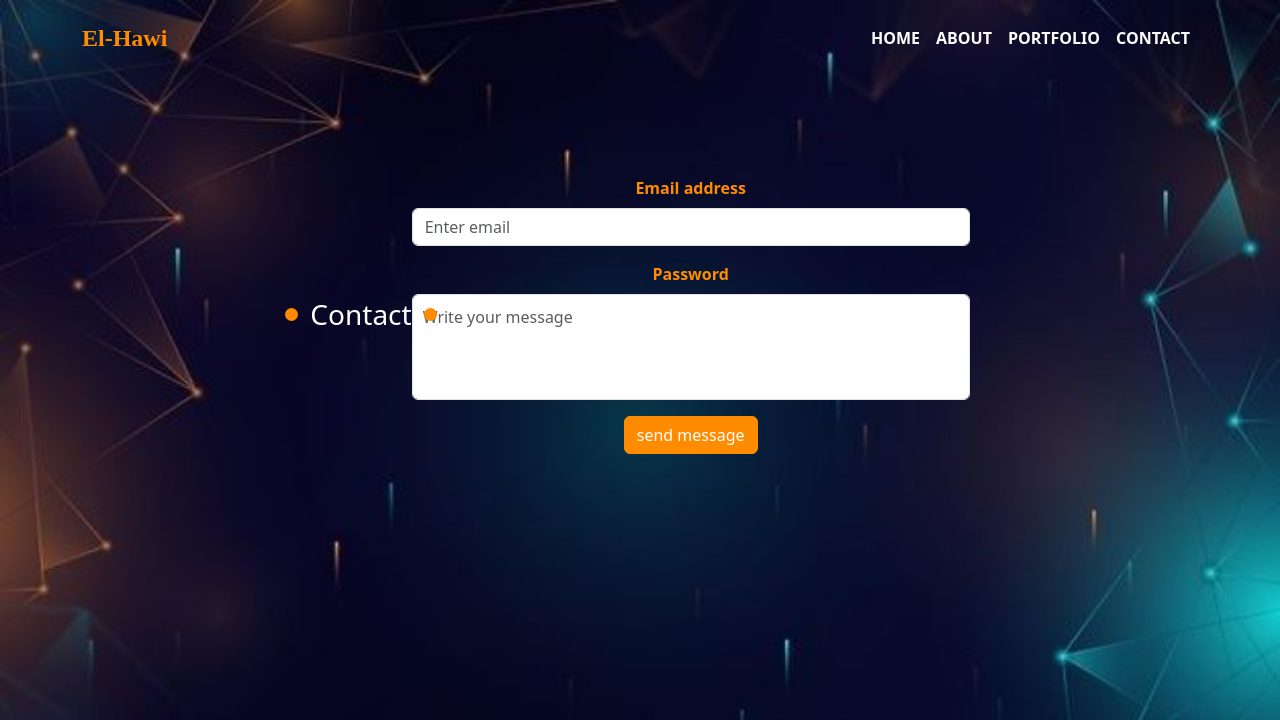
Repository: amralhawi123/Portfolio
Page: /contact
The author's editor kept a copy of each file at every save. The page is drawn from the files as they stood at one save, then again after the next save.
The browser window is 1280 px wide. The pictures show the whole page.
The project was rebuilt for these pictures with package versions that can differ from the ones it lists, and the page was loaded fresh each time. Also part of the build but not shown: src/components/landing/landing.css, src/components/landing/landing.js, src/components/about/about.css, src/components/about/About.js, src/components/Portfolio/portfolio.css, src/components/Portfolio/Portfolio.js. Imported but missing from the stored project, and not drawn on this page: src/image/Amr Mahmoud Alhawi.pdf.

Above is the page before, as saved 2023-08-28 17:30:54.

### public/index.html
<!DOCTYPE html>
<html lang="en">
  <head>
    <meta charset="utf-8" />
    <link rel="icon" href="%PUBLIC_URL%/favicon.ico" />
    <meta name="viewport" content="width=device-width, initial-scale=1" />
    <meta name="theme-color" content="#000000" />
    <meta
      name="description"
      content="Web site created using create-react-app"
    />
    <link rel="stylesheet" href="https://cdnjs.cloudflare.com/ajax/libs/font-awesome/6.4.2/css/all.min.css" integrity="sha512-z3gLpd7yknf1YoNbCzqRKc4qyor8gaKU1qmn+CShxbuBusANI9QpRohGBreCFkKxLhei6S9CQXFEbbKuqLg0DA==" crossorigin="anonymous" referrerpolicy="no-referrer" />

    <link rel="apple-touch-icon" href="%PUBLIC_URL%/logo192.png" />
    <link rel="manifest" href="%PUBLIC_URL%/manifest.json" />
    <title>My Portfolio</title>
  </head>
  <body>
    <!-- <noscript>You need to enable JavaScript to run this app.</noscript> -->
    <div id="root"></div>

  </body>
</html>

### src/components/navbar/MayNav.js
import React from 'react'
import './Maynav.css'
import { Nav, Navbar } from 'react-bootstrap'

const MayNav = () => {
  return (
       <div className='myNav'>
      <Navbar    expand="lg" data-bs-theme="dark">
      <Navbar.Brand href="#home" className='fs-4'>El-Hawi</Navbar.Brand>
        <Navbar.Toggle aria-controls="basic-navbar-nav" />
        <Navbar.Collapse id="basic-navbar-nav">
        <Nav className="ms-auto links">
            <Nav.Link href="#home">HOME</Nav.Link>
            <Nav.Link href="#about">ABOUT</Nav.Link>
            <Nav.Link href="#portfolio">PORTFOLIO</Nav.Link>
            <Nav.Link href="#contact">CONTACT</Nav.Link>
          </Nav>
        </Navbar.Collapse>
    </Navbar>
     </div>

  )
}

export default MayNav

### src/components/contact/contact.js
import React from 'react'
import './contact.css'
import { Button, Form } from 'react-bootstrap'
const Contact = () => {
  return (
    <div className='contact text-center' id='contact'>
      <h3 className=' my-3 d-block'>Contact</h3>
       <Form>
      <Form.Group className="mb-3" controlId="formBasicEmail">
        <Form.Label>Email address</Form.Label>
        <Form.Control type="email" placeholder="Enter email" />
      </Form.Group>

      <Form.Group className="mb-3" controlId="formBasicPassword">
        <Form.Label>Password</Form.Label>
        <Form.Control type="text" className='heghit' placeholder="Write your message" />
      </Form.Group>
      <Button variant="primary" className='button' type="submit">
        send message
      </Button>
    </Form>
    </div>
  )
}

export default Contact

### src/components/navbar/Maynav.css
.myNav .navbar-brand{
   font-weight: bold ;
   font-family: auto;
   color:darkorange;
}

.navbar-toggler{
   background-color: white !important;
}
@media (max-width:576px) {
   .navbar-toggler{
      display: none !important;
   }
   .collapse:not(.show) {
      display: block !important;
  }
}
.myNav .links a {
   display: flex;
    justify-content: center;
    align-items: center;
    height: 60px;
    padding: 0 20px;
    position: relative;
    transition: .2s;
    overflow: hidden;
    text-decoration: auto;
    color: white;
    font-weight: 700;
}
.myNav .links a::before{
   content: '';
   position: absolute;
   width: 100%;
   height: 3px;
   background-color: darkorange;
   top: 0;
   left: -100%;
   transition: .2s;
}
.myNav .links a:hover::before {
   left: 0;
}
@media (max-width:576px) {
   .navbar-toggler{
      display: none !important;
   }
   .collapse:not(.show) {
      display: block !important;
  }
  .navbar-nav {
    flex-direction: row !important;
  }
  .myNav .links a{
   padding: 0 15px;
  }
  .navbar{
   display: block !important;
   text-align: center;
  }
  .myNav .links a::before{
   top: 94%;
   left: -100%;
   transition: .2s;
}

}

### src/components/contact/contact.css
.contact{
   margin: 100px 0;
    text-align: center;
    display: flex;
    justify-content: center;
    align-items: center;
}

.form-label {
   margin-bottom: .5rem;
   color: darkorange;
   font-weight: bold;
}
form{
   width: 50%;
}
form .heghit{
   padding: 10px 0 70px 10px;
}
.button{
   background-color: darkorange !important;
   border-color: darkorange !important;
}
.contact  h3{
   color: white;
   position: relative;
   display: inline-block;
}
.contact  h3::before{
   content: '';
   position: absolute;
   background-color: darkorange;
   width: 13px;
   height: 13px;
   border-radius: 50%;
   left: -25px;
   top: 30%;
}
.contact  h3::after{
   content: '';
   position: absolute;
   background-color: darkorange;
   width: 13px;
   height: 13px;
   border-radius: 50%;
   right: -25px;
   top: 30%;
}

Loaded but not shown: src/index.js (common file); src/App.js (common file); src/index.css (common file)

After the next save:
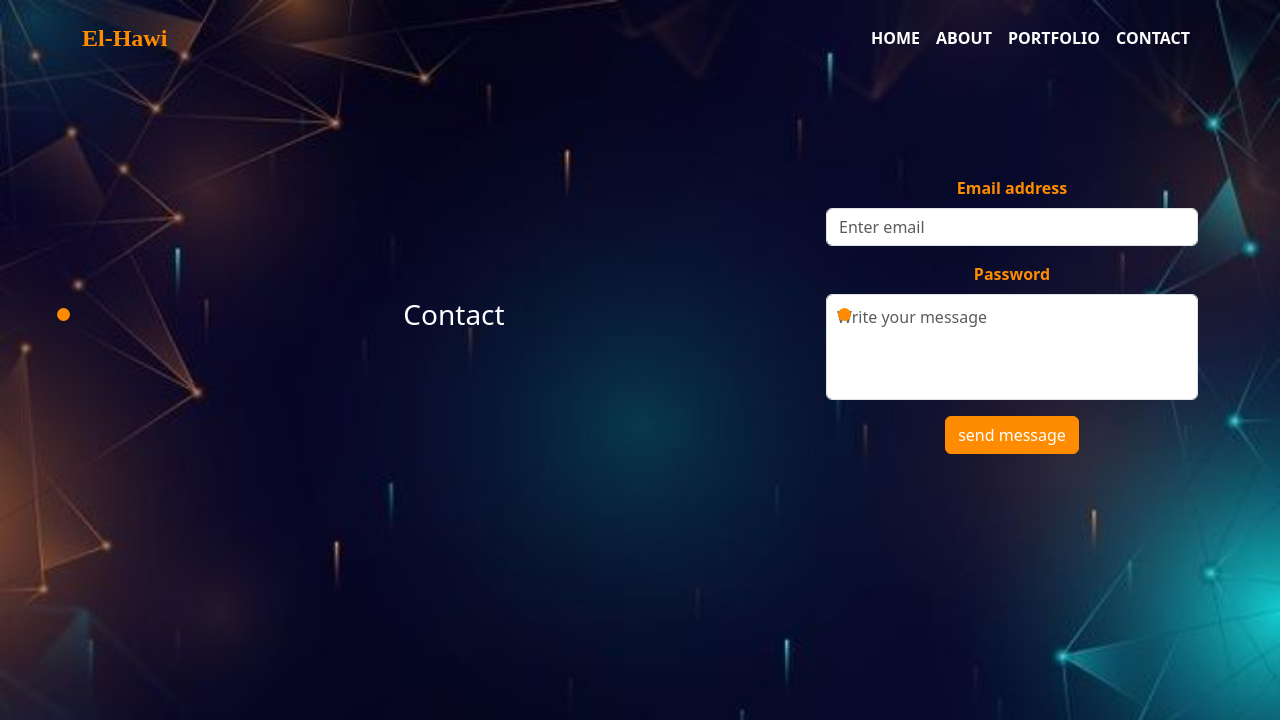
Saved 13 s later.
--- a/src/components/contact/contact.js
+++ b/src/components/contact/contact.js
@@ -4,7 +4,7 @@ import { Button, Form } from 'react-bootstrap'
 const Contact = () => {
   return (
     <div className='contact text-center' id='contact'>
-      <h3 className=' my-3 d-block'>Contact</h3>
+      <h3 className=' my-3 w-100'>Contact</h3>
        <Form>
       <Form.Group className="mb-3" controlId="formBasicEmail">
         <Form.Label>Email address</Form.Label>
